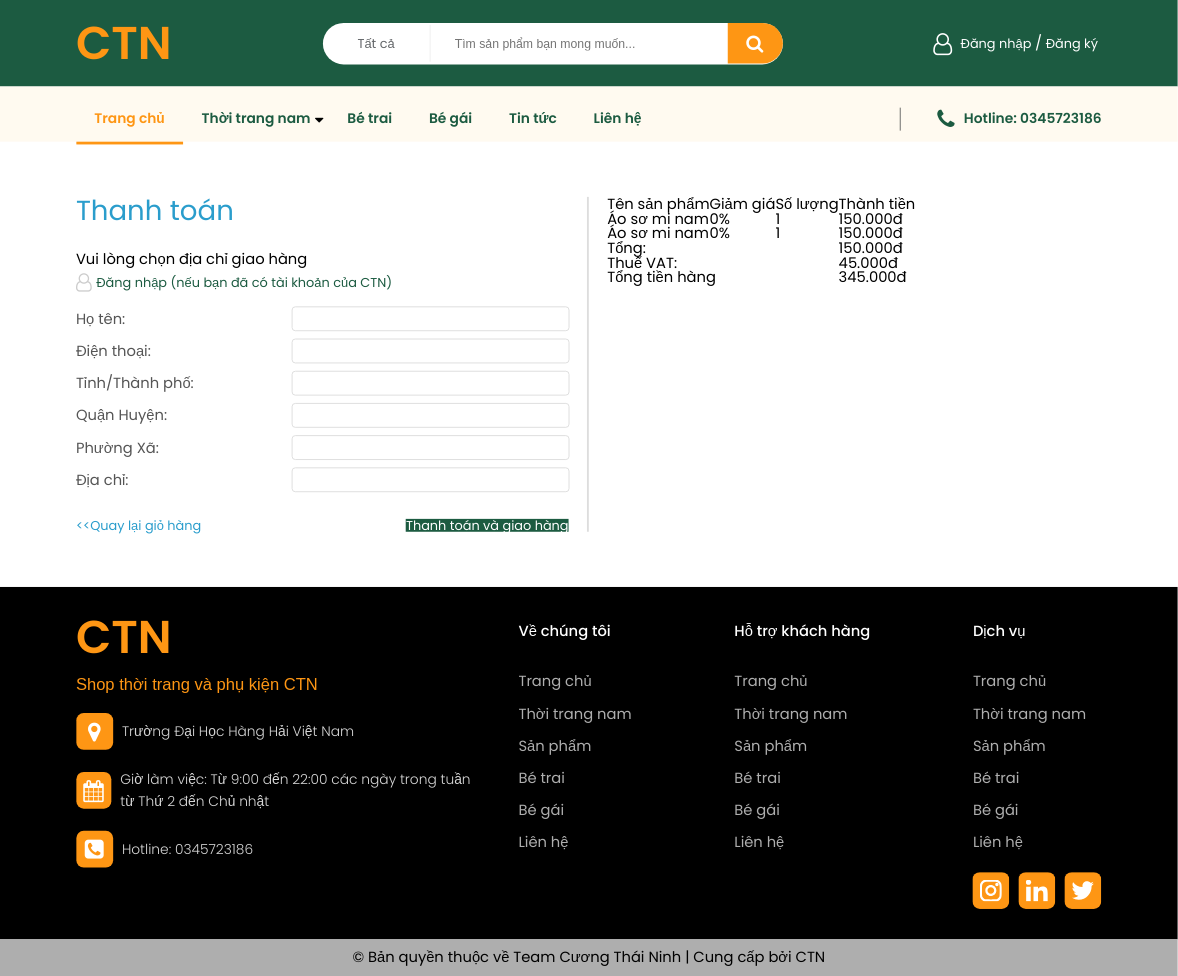
Repository: cuongchua2k2/BaiTapLon-web
Page: deliver.html
An editor plug-in stored every save of this project. The page is shown before and after the next save, followed by the edit.
The browser window is 1280 px wide. The pictures show the whole page, at 92% of full size.

Above is the page before, as saved 2023-12-23 14:42:31.
Console error: TypeError: Cannot read properties of null (reading 'style')

### deliver.html
<!DOCTYPE html>
<html lang="en">
  <head>
    <meta charset="UTF-8" />
    <meta name="viewport" content="width=device-width, initial-scale=1.0" />
    <!-- reset css -->
    <link rel="stylesheet" href="./assets/css/reset.css" />
    <!-- style css -->
    <link rel="stylesheet" href="./assets/css/style.css" />
    <!-- icon -->
    <link
      rel="stylesheet"
      href="https://cdnjs.cloudflare.com/ajax/libs/font-awesome/4.7.0/css/font-awesome.min.css"
    />
    <!-- font  -->
    <link rel="stylesheet" href="./assets/font/stylesheet.css" />
    <title>Bài tập lớn - shop bán quần áo</title>
    <script src="./assets/javascript/app.js"></script>
  </head>
  <body>
    <!-- header -->
    <div id="home"></div>
    <header>
      <div id="header">
        <div class="content">
          <!-- header-nav -->
          <div class="nav">
            <div class="nav__logo">
              <a href="./index.html"><span class="logo__content">CTN</span></a>
            </div>
            <!-- search -->
            <div class="nav__search">
              <p class="nav__desc">Tất cả</p>
              <input
                type="text"
                class="nav__txtsearch"
                placeholder="Tìm sản phẩm bạn mong muốn..."
              />
              <button class="nav__btn--search">
                <i class="fa fa-search" style="font-size: 20px"></i>
              </button>
            </div>
            <!-- login -->
            <div class="login">
              <i
                class="fa fa-user-o"
                style="font-size: 24px; color: #fff; margin-right: 5px"
              ></i>
              <a href="#!" class="btn btn-login">Đăng nhập</a>
              <span style="color: #fff">/</span>
              <a href="#!" class="btn btn-create">Đăng ký</a>
            </div>
          </div>
        </div>
      </div>
      <!-- navbar -->
      <div class="navbar">
        <div class="content navbar__content">
          <ul class="navbar__lv1">
            <li>
              <a href="./index.html" class="active lv1__item">Trang chủ</a>
            </li>
            <li class="lv2">
              <a href="#!" class="lv1__item">Thời trang nam</a>
              <i class="fa fa-sort-desc arrow"></i>
              <ul class="navbar__lv2">
                <li>
                  <a href="#!" class="lv1__item">Sơ mi nam</a>
                </li>
                <li>
                  <a href="#!" class="lv1__item">Quần âu nam</a>
                </li>
                <li>
                  <a href="#!" class="lv1__item">Quần short nam</a>
                </li>
              </ul>
            </li>
            <li>
              <a href="#!" class="lv1__item">Bé trai</a>
            </li>
            <li>
              <a href="#!" class="lv1__item">Bé gái</a>
            </li>
            <li>
              <a href="#!" class="lv1__item">Tin tức</a>
            </li>
            <li>
              <a href="#!" class="lv1__item">Liên hệ</a>
            </li>
          </ul>
          <div class="horizontal"></div>
          <a href="tel:0345723186" class="hotline">
            <i class="fa fa-phone" style="font-size: 24px; color: #1c5b41"></i>
            <span class="hotline__desc">Hotline: 0345723186</span>
          </a>
        </div>
      </div>
    </header>
    <!-- main delivery -->
    <main>
      <div class="delivery">
        <div class="content">
          <!-- left -->
          <div class="delivery__left">
            <h1 class="delivery__title">Thanh toán</h1>
            <p class="delivery__desc">Vui lòng chọn địa chỉ giao hàng</p>
            <div class="login">
              <i
                class="fa fa-user-o"
                style="font-size: 20px; color: #ccc; margin-right: 5px"
              ></i>
              <a href="#!" class="btn delivery__login"
                >Đăng nhập (nếu bạn đã có tài khoản của CTN)</a
              >
            </div>
            <div class="delivery__address">
              <!-- item 1 -->
              <div class="delivery__address__item">
                <label for="">Họ tên:</label>
                <input type="text" />
              </div>
              <!-- item 2 -->
              <div class="delivery__address__item">
                <label for="">Điện thoại:</label>
                <input type="text" />
              </div>
              <!-- item 3 -->
              <div class="delivery__address__item">
                <label for="">Tỉnh/Thành phố:</label>
                <input type="text" />
              </div>
              <!-- item 4 -->
              <div class="delivery__address__item">
                <label for="">Quận Huyện:</label>
                <input type="text" />
              </div>
              <!-- item 5 -->
              <div class="delivery__address__item">
                <label for="">Phường Xã:</label>
                <input type="text" />
              </div>
              <!-- item 6 -->
              <div class="delivery__address__item">
                <label for="">Địa chỉ:</label>
                <input type="text" />
              </div>
            </div>
            <!-- quay lại giỏ hàng -->
            <div class="delivery__cta">
              <a href="./cart.html" class="btn back__cart"
                >&lt;&lt;Quay lại giỏ hàng</a
              >
              <a href="" class="btn delivery__buy">Thanh toán và giao hàng</a>
            </div>
          </div>
          <!-- .delivery right -->
          <div class="delivery__right">
            <table>
              <tr>
                <th>Tên sản phẩm</th>
                <th>Giảm giá</th>
                <th>Số lượng</th>
                <th>Thành tiền</th>
              </tr>
              <tr>
                <td>Áo sơ mi nam</td>
                <td>0%</td>
                <td>1</td>
                <td>150.000<sub>đ</sub></td>
              </tr>
              <tr>
                <td>Áo sơ mi nam</td>
                <td>0%</td>
                <td>1</td>
                <td>150.000<sub>đ</sub></td>
              </tr>
              <tr>
                <td colspan="3">Tổng:</td>
                <td>150.000<sub>đ</sub></td>
              </tr>
              <tr>
                <td colspan="3">Thuế VAT:</td>
                <td>45.000<sub>đ</sub></td>
              </tr>
              <tr>
                <td colspan="3">Tổng tiền hàng</td>
                <td>345.000<sub>đ</sub></td>
              </tr>
            </table>
          </div>
        </div>
      </div>
    </main>
    <!-- footer -->
    <footer>
      <div class="footer-body">
        <div class="content footer__content">
          <div class="footer__left">
            <div class="nav__logo">
              <a href="./index.html"><span class="logo__content">CTN</span></a>
            </div>
            <p class="logo__desc">Shop thời trang và phụ kiện CTN</p>
            <div class="info-shop">
              <!-- location -->
              <i
                class="fa fa-map-marker info__icon"
                style="font-size: 24px"
              ></i>
              <span class="info-shop__desc"
                >Trường Đại Học Hàng Hải Việt Nam</span
              >
            </div>
            <!-- work time -->
            <div class="info-shop">
              <i class="fa fa-calendar info__icon" style="font-size: 24px"></i>
              <span class="info-shop__desc"
                >Giờ làm việc: Từ 9:00 đến 22:00 các ngày trong tuần từ Thứ 2
                đến Chủ nhật</span
              >
            </div>
            <!-- hotline -->
            <div class="info-shop">
              <i
                class="fa fa-phone-square info__icon"
                style="font-size: 24px"
              ></i>
              <a href="tel:0345723186" class="info-shop__desc"
                >Hotline: 0345723186</a
              >
            </div>
          </div>
          <div class="footer__right">
            <!-- menu 1 -->
            <ul class="menu">
              <li class="menu__title">Về chúng tôi</li>
              <li class="menu__item">
                <a href="./index.html">Trang chủ</a>
              </li>
              <li class="menu__item">
                <a href="#!">Thời trang nam</a>
              </li>
              <li class="menu__item">
                <a href="#!">Sản phẩm</a>
              </li>
              <li class="menu__item">
                <a href="#!">Bé trai</a>
              </li>
              <li class="menu__item">
                <a href="#!">Bé gái</a>
              </li>
              <li class="menu__item">
                <a href="#!">Liên hệ</a>
              </li>
            </ul>
            <!-- menu 2 -->
            <ul class="menu">
              <li class="menu__title">Hỗ trợ khách hàng</li>
              <li class="menu__item">
                <a href="./index.html">Trang chủ</a>
              </li>
              <li class="menu__item">
                <a href="#!">Thời trang nam</a>
              </li>
              <li class="menu__item">
                <a href="#!">Sản phẩm</a>
              </li>
              <li class="menu__item">
                <a href="#!">Bé trai</a>
              </li>
              <li class="menu__item">
                <a href="#!">Bé gái</a>
              </li>
              <li class="menu__item">
                <a href="#!">Liên hệ</a>
              </li>
            </ul>
            <!-- menu 3 -->
            <ul class="menu">
              <li class="menu__title">Dịch vụ</li>
              <li class="menu__item">
                <a href="./index.html">Trang chủ</a>
              </li>
              <li class="menu__item">
                <a href="#!">Thời trang nam</a>
              </li>
              <li class="menu__item">
                <a href="#!">Sản phẩm</a>
              </li>
              <li class="menu__item">
                <a href="#!">Bé trai</a>
              </li>
              <li class="menu__item">
                <a href="#!">Bé gái</a>
              </li>
              <li class="menu__item">
                <a href="#!">Liên hệ</a>
              </li>
              <li class="social-network">
                <a href="#!"
                  ><img
                    src="./assets/img/Instagram.svg"
                    alt=""
                    class="info__icon"
                /></a>
                <a href="#!"
                  ><img
                    src="./assets/img/linked_in.svg"
                    alt=""
                    class="info__icon"
                /></a>
                <a href="#!"
                  ><img
                    src="./assets/img/twitter.svg"
                    alt=""
                    class="info__icon"
                /></a>
              </li>
            </ul>
          </div>
        </div>
      </div>
      <div class="exclusive">
        <span class="exclusive__desc"
          >© Bản quyền thuộc về Team Cương Thái Ninh | Cung cấp bởi CTN
        </span>
      </div>
    </footer>
  </body>
</html>

### assets/css/style.css
:root {
  --primary-color: #fe9614;
}

* {
  box-sizing: border-box;
}

html,
body {
  scroll-behavior: smooth;
}

html {
  font-size: 62.5%;
}

body {
  font-family: "Poppins", sans-serif;
  font-size: 1.6rem;
  /* height: 5000px; */
}

/* =====================common ======================*/

a {
  text-decoration: none;
}

.content {
  width: 1115px;
  max-width: calc(100% - 48px);
  margin: 0px auto;
}

.btn {
  text-decoration: none;
  color: #fff;
  font-size: 1.4rem;
  font-weight: 400;
}

.btn:hover {
  opacity: 0.7;
  color: var(--primary-color);
}

/* =====================header========================= */

/* =========== header nav===============*/

header {
  position: sticky;
  top: -95px;
  z-index: 1;
}

#header {
  padding: 22px 0;
  background-color: #1c5b41;
}

.nav {
  display: flex;
  justify-content: space-between;
  align-items: center;
}

.logo__content {
  font-size: 5rem;
  font-weight: 600;
  color: var(--primary-color);
}

.nav__search {
  height: 45px;
  width: 500px;
  padding: 4px 0;
  display: flex;
  justify-content: space-between;
  align-items: center;
  background-color: #fff;
  border-radius: 999px;
}

.nav__desc {
  opacity: 0.7;
  padding: 13px 38px;
  font-size: 1.4rem;
  color: #212529;
  font-weight: 400;
  border-right: 1px solid #e5e5e5;
}

.nav__txtsearch {
  outline: none;
  width: 300px;
  height: 40px;
  padding: 15px;
  border: none;
}

.nav__btn--search {
  cursor: pointer;
  height: 44px;
  width: 60px;
  border-radius: 0 40px 40px 0;
  color: #fff;
  background: var(--primary-color);
  border: var(--primary-color);
}

.nav__btn--search:hover {
  background-color: #fff;
  color: var(--primary-color);
}

.login {
  display: flex;
  align-items: center;
}

.btn-login,
.btn-create {
  padding: 8px 4px;
}

/* ===========navbar=============== */

.navbar {
  background-color: #fffaf0;
  padding: 5px 10px;
  height: 60px;
}

.navbar__content {
  display: flex;
  align-items: center;
  justify-content: space-between;
  line-height: 60px;
}

.horizontal {
  height: 25px;
  opacity: 0.7;
  width: 1px;
  background-color: #212529;
  margin-left: auto;
}

.navbar__lv1 {
  display: flex;
}

.lv1__item {
  padding: 15px 20px;
  font-weight: 600;
  font-size: 1.5rem;
  color: #1c5b41;
}

.lv1__item:hover {
  color: var(--primary-color);
}

.hotline {
  display: flex;
  align-items: center;
  margin-left: 40px;
}

.hotline__desc {
  margin-left: 10px;
  font-weight: 600;
  font-size: 1.5rem;
  color: #1c5b41;
}

.hotline__desc:hover {
  color: var(--primary-color);
}

.lv2 {
  position: relative;
}

.navbar__lv2 {
  display: none;
  margin-top: -7px;
  position: absolute;
  background-color: #fff;
  min-width: 200px;
  transform: perspective(600px) rotateX(0deg);
  z-index: 1;
}

.navbar__lv2 > li:not(:first-child) {
  border-top: 1px solid #666;
}

.navbar__lv2 > li > .lv1__item {
  display: inline-block;
  padding: 0 30px;
}

.lv2:hover .navbar__lv2 {
  display: block;
}

.arrow {
  position: absolute;
  top: 20px;
  right: 6px;
}

.lv1__item.active {
  color: var(--primary-color);
  border-bottom: 3px solid var(--primary-color);
}

/* ======================================main================== */

/* ==================banner================ */

.banner {
  background-color: #9f9b8f;
}

.banner__content {
  position: relative;
  overflow: hidden;
}

.banner__list {
  display: flex;
  transition: all 0.5s ease-in-out;
}

.banner__image {
  display: block;
  width: 100%;
  object-fit: cover;
  background-size: cover;
}

.dot__list {
  position: absolute;
  left: 50%;
  bottom: 0;
}

.dot {
  cursor: pointer;
  display: inline-block;
  height: 10px;
  width: 10px;
  border-radius: 50%;
  background-color: #6c757d;
}

.dot__active {
  background-color: var(--primary-color);
}

.dot:hover {
  background-color: var(--primary-color);
}

/* sale */

.sale {
  background-color: var(--primary-color);
}

.sale__image {
  width: 100%;
}

/* ===============product-hot============== */

.product-hot {
  padding: 50px 0;
  background-color: #fffaf0;
}

.title-section {
  position: relative;
  margin-bottom: 60px;
  font-family: "Montserrat", sans-serif;
  font-weight: 700;
  letter-spacing: 0;
  font-size: 4rem;
  color: #1c5b41;
}

.title-section::before {
  position: absolute;
  top: -20px;
  display: inline-block;
  content: "";
  height: 3px;
  width: 110px;
  background-color: var(--primary-color);
}

.product__list {
  width: 100%;
  display: flex;
  /* justify-content: space-between; */
  flex-wrap: wrap;
  gap: 25px 25px;
}

.product__image {
  height: 200px;
  width: 200px;
  object-fit: cover;
  border-radius: 10px;
}

.product__desc {
  margin: 10px 0;
  overflow: hidden;
  white-space: nowrap;
  color: #454545;
  font-weight: 300;
  font-size: 1.4rem;
  line-height: 20px;
}

.price {
  font-size: 1.6rem;
  line-height: 20px;
  color: var(--primary-color);
}

.cta {
  text-align: center;
  margin-top: 60px;
}

.btn__view-all {
  display: inline-block;
  padding: 20px 70px;
  font-weight: 700;
  font-size: 1.8rem;
  line-height: 22px;
  color: #fff;
  background: #1c5b41;
  border-radius: 10px;
}

.btn__view-all:hover {
  opacity: 1;
  background-color: var(--primary-color);
  color: #fff;
}

/*==================== product new================= */

.product-new {
  padding: 90px 0;
}

.product-new__body {
  display: flex;
  justify-content: space-between;
  align-items: flex-start;
}

.body__left {
  width: 40%;
}

.body__right {
  margin-left: 30px;
  width: 60%;
}

.product-new__image {
  width: 100%;
  height: 545px;
  object-fit: cover;
  border-radius: 10px;
}

/*=========================== product same price========================== */

.same-price {
  background-color: #1c5b41;
  padding: 60px 0;
}

.same-price__banner {
  width: 100%;
  height: auto;
  border-radius: 10px;
  margin-bottom: 20px;
}

.same-price__title {
  color: #fff;
}

.btn__same-price {
  display: inline-block;
  padding: 20px 70px;
  font-weight: 700;
  font-size: 1.8rem;
  line-height: 22px;
  color: #fff;
  background: var(--primary-color);
  border-radius: 10px;
}

.btn__same-price:hover {
  opacity: 1;
  background-color: #fff;
  color: var(--primary-color);
}

.same-price__desc {
  color: #fff !important;
}

.product__item {
  position: relative;
}

.buy-product {
  display: none;
  width: 100%;
  padding: 7px;
  position: absolute;
  top: 163px;
  border-radius: 0 0 10px 10px;
  background-color: #6c757d;
}

.product__item:hover .buy-product {
  display: inline-flex;
  align-items: center;
  justify-content: center;
}

.buy-product:hover {
  background-color: var(--primary-color);
}

.buy-product__desc {
  color: #fff;
  font-size: 1.4rem;
  margin-left: 3px;
}

/* ==============good price====================== */

.good-price {
  background-color: #fffaf0;
}

/* ============all local brand */

.brand__img {
  width: 100%;
  object-fit: cover;
}

/* ===========================footer======================= */

.footer-body {
  padding: 30px 0;
  background-color: #000;
}
.footer__content {
  display: flex;
  align-items: flex-start;
}

.footer__left {
  width: 40%;
  margin-right: 35px;
}

.logo__desc {
  font-family: "Montserrat", sans-serif;
  font-weight: 500;
  font-size: 1.8rem;
  line-height: 22px;
  color: #fe9614;
  margin-top: 15px;
}

.info-shop {
  margin-top: 20px;
  display: flex;
  align-items: center;
}

.info__icon {
  text-align: center;
  width: 40px;
  height: 40px;
  padding: 8px;
  line-height: 40px;
  border-radius: 8px;
  color: #fff;
  background-color: var(--primary-color);
}

.info-shop__desc {
  margin-left: 10px;
  font-size: 1.5rem;
  line-height: 1.6;
  color: #ffffffd6;
  font-weight: 300;
}

.footer__right {
  width: calc(60% - 35px);
  display: flex;
  justify-content: space-between;
  gap: 0 20px;
}

.menu__title {
  font-weight: 500;
  font-size: 1.6rem;
  line-height: 35px;
  color: #ffffff;
  margin-bottom: 20px;
}

.menu__item > a {
  font-weight: 400;
  font-size: 1.6rem;
  line-height: 35px;
  color: #aeaeae;
}

.menu__item > a:hover {
  color: var(--primary-color);
}

.social-network {
  margin-top: 15px;
  display: flex;
  gap: 10px;
}

.exclusive {
  background-color: #aeaeae;
  padding: 12px 0;
  text-align: center;
}

/* ==================================category========================== */

.category {
  padding: 60px 0;
}

.category__nav {
  display: flex;
  align-items: center;
  gap: 0 20px;
  margin-bottom: 30px;
}

.category__nav__home {
  color: #333;
  font-size: 1.4rem;
}

.category__desc {
  font-size: 1.4rem;
  text-shadow: 1px 0 0 #1c5b41;
}

.category__nav__home:hover,
.category__desc-home:hover {
  text-shadow: 1px 0 0 #1c5b41;
}

/* ================product==================== */

.product {
  padding: 60px 0;
}

.category__desc-home {
  color: #333;
  text-shadow: none;
}

.product-content {
  font-family: "Montserrat", sans-serif;
  display: flex;
  align-items: flex-start;
  justify-content: space-between;
  gap: 0 30px;
}

.product-left,
.product-right {
  width: 50%;
}

.product-big-image {
  border-radius: 10px;
  width: 100%;
  height: auto;
  object-fit: cover;
}

.product-title {
  font-weight: 600;
  font-size: 2.2rem;
  line-height: 27px;
  color: #000000;
  margin-bottom: 10px;
}

.product__desc {
  font-weight: 500;
  font-size: 1.5rem;
  line-height: 18px;
  color: #484848;
  margin-bottom: 20px;
}

.product__price {
  font-weight: 700;
  font-size: 2.8rem;
  line-height: 34px;
  text-transform: uppercase;
  color: #ff6563;
}

.row {
  display: flex;
  align-items: center;
  margin-top: 30px;
  gap: 0 20px;
}

.product__icon {
  width: 55px;
  height: 55px;
}

.product__info__desc {
  display: block;
  font-weight: 700;
  font-size: 1.6rem;
  line-height: 162.9%;
  color: #484848;
}

.product__info__sub {
  display: block;
  width: 100%;
  font-weight: 500;
  font-size: 1.6rem;
  line-height: 162.9%;
  color: #484848;
}

.cta-buy-product {
  margin-top: 30px;
}

.choose-quantity {
  display: inline-block;
  border: 1px solid #cfcdc6;
  border-collapse: collapse;
  border-radius: 3px;
}

.minus-quantity,
.add-quantity {
  cursor: pointer;
  padding: 10px 15px;
  color: #ee4f83;
  border: none;
}

.txt-quantity {
  border: 1px solid #cfcdc6;
  text-align: center;
  outline: none;
  border: none;
}
label {
  font-size: 1.6rem;
  color: #212529;
}

.button {
  margin-top: 30px;
}

.buy-now,
.add-cart {
  border-radius: 10px;
  font-size: 1.6rem;
  max-width: 370px;
  margin-top: 10px;
  text-align: center;
  display: block;
  background-color: #1c5b41;
  padding: 20px;
}

.add-cart {
  background-color: #fff;
  color: #1c5b41;
  border: 1px solid #1c5b41;
}

.buy-now:hover,
.add-cart:hover {
  background-color: var(--primary-color);
  color: #fff;
  border: none;
}

/* ====================cart=================== */

.cart {
  padding: 60px 0;
}

.cart__body {
  margin-top: 100px;
}

.cart__body table {
  width: 100%;
  text-align: center;
}

.cart__product td {
  padding: 20px 0;
  border-bottom: 2px solid #dddddd;
  vertical-align: middle;
}

.cart__product input {
  width: 50px;
}

.cart__product span {
  display: block;
  width: 20px;
  height: 20px;
  line-height: 20px;
  border: 1px solid #dddddd;
  text-align: center;
  cursor: pointer;
  margin: 0px auto;
}

.cart__product span:hover {
  color: #fff;
  background-color: #1c5b41;
}

.cart__image {
  width: 110px;
  height: 110px;
  object-fit: cover;
}

.cart__header {
  text-align: center;
  padding-bottom: 30px;
  font-size: 12px;
  text-transform: uppercase;
  color: #333;
  border-bottom: 2px solid #dddddd;
  border-collapse: collapse;
}

.cart__bottom {
  text-align: right;
  margin-left: auto;
}

.cart__bottom > .row {
  justify-content: flex-end;
  gap: 0 100px;
}

.buy__done {
  margin-top: 20px;
  display: inline-block;
  border-radius: 10px;
  background-color: #1c5b41;
  text-align: center;
  width: 250px;
  padding: 15px;
}

/* ====================delivery======================= */

.delivery {
  padding: 60px 0;
}

.delivery > .content {
  display: flex;
  gap: 0 20px;
}

.delivery__left {
  width: 50%;
  border-right: 2px solid #dddddd;
  padding-right: 20px;
}

.delivery__title {
  color: #2a9dcc;
  font-size: 3rem;
}

.delivery__desc {
  font-size: 1.6rem;
  margin-top: 30px;
}

.delivery__login {
  color: #1c5b41;
  margin: 10px 0;
}

.delivery__address__item {
  margin-top: 10px;
  display: flex;
  align-items: center;
  justify-content: space-between;
  gap: 100px;
}

.delivery__address__item label {
  color: #555;
}

.delivery__address__item input {
  height: 25px;
  width: 300px;
  border: none;
  border-radius: 3px;
  outline: 1px solid #dddddd;
}

.delivery__cta {
  margin-top: 30px;
  display: flex;
  justify-content: space-between;
}

.back__cart {
  color: #2a9dcc;
}

.delivery__buy {
  background-color: #1c5b41;
}

Loaded but not shown: assets/css/reset.css (common file); assets/javascript/app.js (42 lines, source omitted); assets/font/stylesheet.css (161 lines, source omitted)

After the next save:
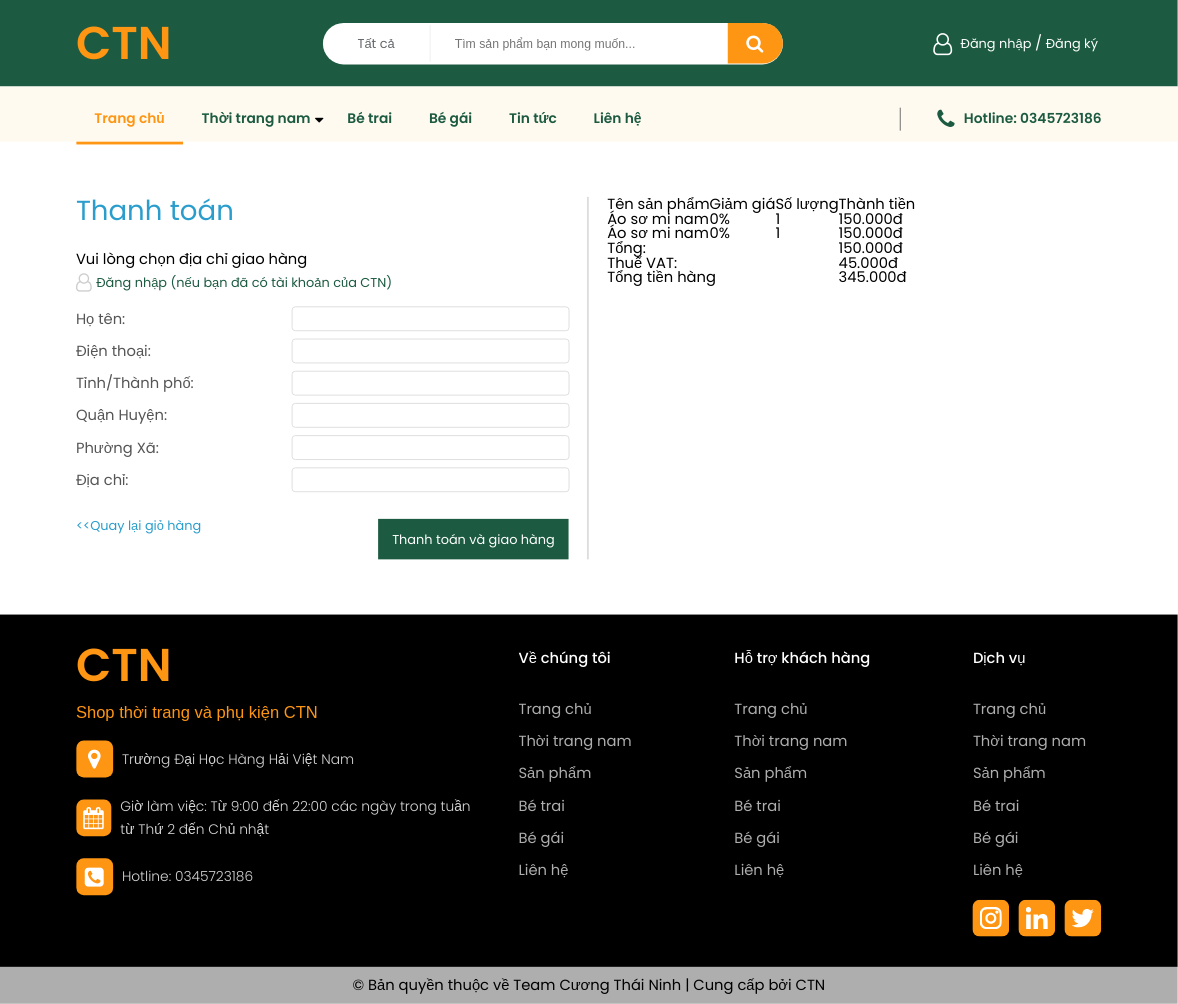
Saved 10 s later.
--- a/assets/css/style.css
+++ b/assets/css/style.css
@@ -866,4 +866,5 @@ label {
 
 .delivery__buy {
   background-color: #1c5b41;
-}
+  padding: 15px;
+}
